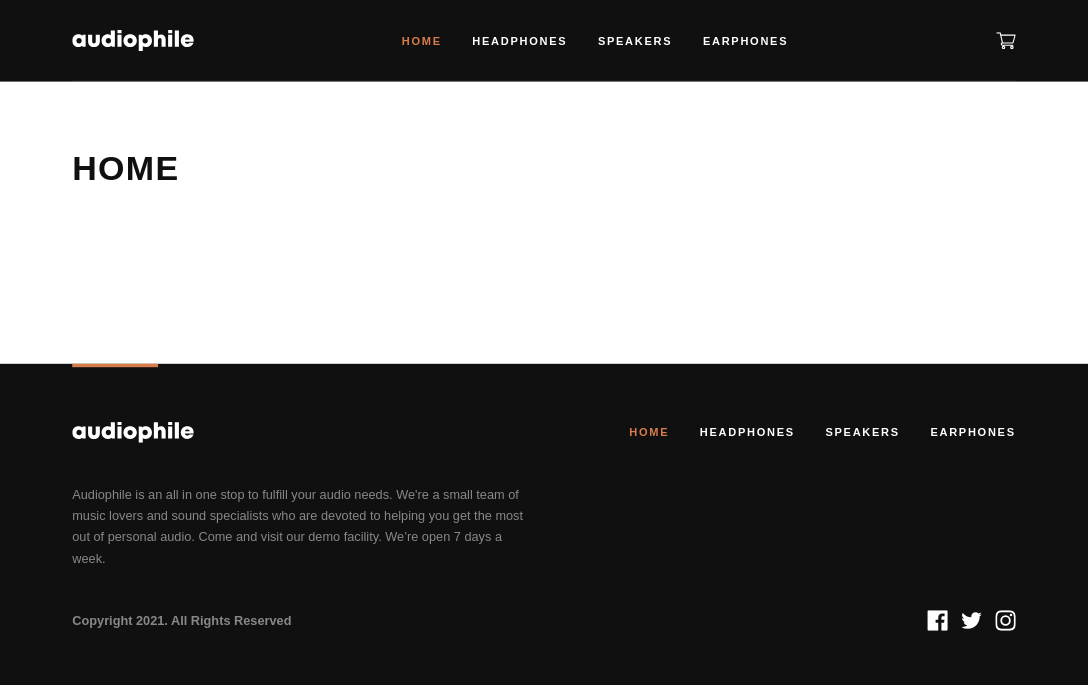
Repository: blordeus/audiophile-ecommerce
Page: /
An editor plug-in stored every save of this project. The page is shown before and after the next save, followed by the edit.
The browser window is 1280 px wide. The pictures show the whole page, at 85% of full size.
The project was rebuilt for these pictures with package versions that can differ from the ones it lists, and the page was loaded fresh each time. Also part of the build but not shown: vite.config.js, src/pages/CategoryPage.jsx, src/pages/ProductPage.jsx, src/pages/CheckoutPage.jsx, src/pages/NotFoundPage.jsx.

Above is the page before, as saved 2026-03-08 16:10:44.

### index.html
<!doctype html>
<html lang="en">
  <head>
    <meta charset="UTF-8" />
    <link rel="icon" type="image/svg+xml" href="/vite.svg" />
    <meta name="viewport" content="width=device-width, initial-scale=1.0" />
    <title>audiophile-ecommerce</title>
  </head>
  <body>
    <div id="root"></div>
    <script type="module" src="/src/main.jsx"></script>
  </body>
</html>

### src/main.jsx
import React from "react";
import ReactDOM from "react-dom/client";
import { BrowserRouter } from "react-router-dom";
import App from "./App";
import "./index.css";
import "./styles/globals.css";
import "./styles/typography.css";

ReactDOM.createRoot(document.getElementById("root")).render(
  <React.StrictMode>
    <BrowserRouter>
      <App />
    </BrowserRouter>
  </React.StrictMode>
);

### src/App.jsx
import AppRouter from "./routes/AppRouter";
import { CartProvider } from "./context/CartContext";

function App() {
  return (
    <CartProvider>
      <AppRouter />
    </CartProvider>
  );
}

export default App;

### src/styles/globals.css
:root {
  --color-primary: #d87d4a;
  --color-primary-light: #fbaf85;
  --color-black: #101010;
  --color-pure-black: #000000;
  --color-gray: #f1f1f1;
  --color-light-gray: #fafafa;
  --color-white: #ffffff;
  --color-error: #cd2c2c;
}

html {
  scroll-behavior: smooth;
}

body {
  min-width: 320px;
  font-family: "Manrope", sans-serif;
  background: var(--color-white);
  color: var(--color-black);
}

img {
  display: block;
  max-width: 100%;
}

button,
input,
textarea,
select {
  font: inherit;
}

### src/styles/typography.css
@layer components {
  .heading-1 {
    font-size: 3.5rem;
    line-height: 3.625rem;
    font-weight: 700;
    letter-spacing: 0.125rem;
    text-transform: uppercase;
  }

  .heading-2 {
    font-size: 2.5rem;
    line-height: 2.75rem;
    font-weight: 700;
    letter-spacing: 0.09375rem;
    text-transform: uppercase;
  }

  .heading-3 {
    font-size: 2rem;
    line-height: 2.25rem;
    font-weight: 700;
    letter-spacing: 0.07125rem;
    text-transform: uppercase;
  }

  .heading-4 {
    font-size: 1.75rem;
    line-height: 2.375rem;
    font-weight: 700;
    letter-spacing: 0.125rem;
    text-transform: uppercase;
  }

  .heading-5 {
    font-size: 1.5rem;
    line-height: 2.0625rem;
    font-weight: 700;
    letter-spacing: 0.10625rem;
    text-transform: uppercase;
  }

  .heading-6 {
    font-size: 1.125rem;
    line-height: 1.5rem;
    font-weight: 700;
    letter-spacing: 0.080625rem;
    text-transform: uppercase;
  }

  .body-text {
    font-size: 0.9375rem;
    line-height: 1.5625rem;
    font-weight: 500;
  }

  .overline {
    font-size: 0.875rem;
    line-height: 1.1875rem;
    font-weight: 400;
    letter-spacing: 0.625rem;
    text-transform: uppercase;
  }

  .subtitle {
    font-size: 0.8125rem;
    line-height: 1.5625rem;
    font-weight: 700;
    letter-spacing: 0.0625rem;
    text-transform: uppercase;
  }
}

### src/routes/AppRouter.jsx
import { Routes, Route } from "react-router-dom";
import HomePage from "../pages/HomePage";
import CategoryPage from "../pages/CategoryPage";
import ProductPage from "../pages/ProductPage";
import CheckoutPage from "../pages/CheckoutPage";
import NotFoundPage from "../pages/NotFoundPage";

function AppRouter() {
  return (
    <Routes>
      <Route path="/" element={<HomePage />} />
      <Route path="/category/:category" element={<CategoryPage />} />
      <Route path="/product/:slug" element={<ProductPage />} />
      <Route path="/checkout" element={<CheckoutPage />} />
      <Route path="*" element={<NotFoundPage />} />
    </Routes>
  );
}

export default AppRouter;

### src/context/CartContext.jsx
import { createContext, useEffect, useMemo, useState } from "react";

export const CartContext = createContext(null);

const CART_STORAGE_KEY = "audiophile-cart";

export function CartProvider({ children }) {
  const [cartItems, setCartItems] = useState(() => {
    const savedCart = localStorage.getItem(CART_STORAGE_KEY);
    return savedCart ? JSON.parse(savedCart) : [];
  });

  useEffect(() => {
    localStorage.setItem(CART_STORAGE_KEY, JSON.stringify(cartItems));
  }, [cartItems]);

  function addToCart(product, quantity) {
    setCartItems((prevItems) => {
      const existingItem = prevItems.find((item) => item.id === product.id);

      if (existingItem) {
        return prevItems.map((item) =>
          item.id === product.id
            ? { ...item, quantity: item.quantity + quantity }
            : item
        );
      }

      return [
        ...prevItems,
        {
          id: product.id,
          name: product.name,
          slug: product.slug,
          price: product.price,
          image: product.image,
          quantity,
        },
      ];
    });
  }

  function updateQuantity(id, quantity) {
    setCartItems((prevItems) =>
      prevItems
        .map((item) => (item.id === id ? { ...item, quantity } : item))
        .filter((item) => item.quantity > 0)
    );
  }

  function removeFromCart(id) {
    setCartItems((prevItems) => prevItems.filter((item) => item.id !== id));
  }

  function clearCart() {
    setCartItems([]);
  }

  const cartCount = useMemo(
    () => cartItems.reduce((total, item) => total + item.quantity, 0),
    [cartItems]
  );

  const productTotal = useMemo(
    () => cartItems.reduce((total, item) => total + item.price * item.quantity, 0),
    [cartItems]
  );

  const shipping = cartItems.length ? 50 : 0;
  const vat = Math.round(productTotal * 0.2);
  const grandTotal = productTotal + shipping;

  const value = {
    cartItems,
    addToCart,
    updateQuantity,
    removeFromCart,
    clearCart,
    cartCount,
    productTotal,
    shipping,
    vat,
    grandTotal,
  };

  return <CartContext.Provider value={value}>{children}</CartContext.Provider>;
}

### src/pages/HomePage.jsx
import SiteLayout from "../components/layout/SiteLayout";
import PageContainer from "../components/layout/PageContainer";

function HomePage() {
  return (
    <SiteLayout>
      <PageContainer className="py-20">
        <h1 className="heading-2">Home</h1>
      </PageContainer>
    </SiteLayout>
  );
}

export default HomePage;

### src/components/layout/SiteLayout.jsx
import Header from "./Header";
import Footer from "./Footer";

function SiteLayout({ children }) {
  return (
    <div className="min-h-screen bg-white text-black">
      <Header />
      <main>{children}</main>
      <Footer />
    </div>
  );
}

export default SiteLayout;

### src/components/layout/PageContainer.jsx
function PageContainer({ children, className = "" }) {
  return (
    <div className={`mx-auto w-full max-w-[1110px] px-6 md:px-10 xl:px-0 ${className}`}>
      {children}
    </div>
  );
}

export default PageContainer;

### src/components/layout/Header.jsx
import { Link, NavLink } from "react-router-dom";
import PageContainer from "./PageContainer";
import { primaryNavLinks } from "../../data/navigation";
import logo from "../../assets/icons/logo.svg";
import iconHamburger from "../../assets/icons/icon-hamburger.svg";
import iconCart from "../../assets/icons/icon-cart.svg";

function Header() {
  return (
    <header className="bg-[#101010] text-white">
      <PageContainer>
        <div className="flex h-24 items-center border-b border-white/10">
          <div className="flex flex-1 items-center lg:flex-none">
            <button
              type="button"
              aria-label="Open menu"
              className="mr-10 flex lg:hidden"
            >
              <img src={iconHamburger} alt="" />
            </button>

            <Link to="/" className="shrink-0">
              <img src={logo} alt="Audiophile" />
            </Link>
          </div>

          <nav
            className="hidden flex-1 justify-center lg:flex"
            aria-label="Primary navigation"
          >
            <ul className="flex items-center gap-9">
              {primaryNavLinks.map((link) => (
                <li key={link.href}>
                  <NavLink
                    to={link.href}
                    className={({ isActive }) =>
                      `text-[13px] font-bold uppercase tracking-[2px] transition-colors ${
                        isActive ? "text-[#D87D4A]" : "text-white hover:text-[#D87D4A]"
                      }`
                    }
                  >
                    {link.label}
                  </NavLink>
                </li>
              ))}
            </ul>
          </nav>

          <div className="flex flex-1 justify-end lg:flex-none">
            <button type="button" aria-label="Open cart" className="shrink-0">
              <img src={iconCart} alt="" />
            </button>
          </div>
        </div>
      </PageContainer>
    </header>
  );
}

export default Header;

### src/components/layout/Footer.jsx
import { Link, NavLink } from "react-router-dom";
import PageContainer from "./PageContainer";
import { primaryNavLinks } from "../../data/navigation";
import logo from "../../assets/icons/logo.svg";
import iconFacebook from "../../assets/icons/icon-facebook.svg";
import iconTwitter from "../../assets/icons/icon-twitter.svg";
import iconInstagram from "../../assets/icons/icon-instagram.svg";

function Footer() {
  return (
    <footer className="mt-24 bg-black text-white md:mt-32">
      <PageContainer>
        <div className="w-[101px] border-t-4 border-[#D87D4A]" />

        <div className="flex flex-col gap-12 py-12 md:py-14 lg:py-16">
          <div className="flex flex-col gap-12 lg:flex-row lg:items-start lg:justify-between">
            <Link to="/" className="shrink-0">
              <img src={logo} alt="Audiophile" />
            </Link>

            <nav aria-label="Footer navigation">
              <ul className="flex flex-col gap-4 md:flex-row md:gap-9">
                {primaryNavLinks.map((link) => (
                  <li key={link.href}>
                    <NavLink
                      to={link.href}
                      className={({ isActive }) =>
                        `text-[13px] font-bold uppercase tracking-[2px] transition-colors ${
                          isActive ? "text-[#D87D4A]" : "text-white hover:text-[#D87D4A]"
                        }`
                      }
                    >
                      {link.label}
                    </NavLink>
                  </li>
                ))}
              </ul>
            </nav>
          </div>

          <div className="grid gap-12 lg:grid-cols-[1fr_auto] lg:items-end">
            <div className="max-w-[540px] space-y-12">
              <p className="body-text text-white/50">
                Audiophile is an all in one stop to fulfill your audio needs.
                We're a small team of music lovers and sound specialists who are
                devoted to helping you get the most out of personal audio. Come
                and visit our demo facility. We’re open 7 days a week.
              </p>

              <p className="body-text font-bold text-white/50">
                Copyright 2021. All Rights Reserved
              </p>
            </div>

            <div className="flex items-center gap-4">
              <a href="#" aria-label="Facebook" className="transition-opacity hover:opacity-70">
                <img src={iconFacebook} alt="" />
              </a>
              <a href="#" aria-label="Twitter" className="transition-opacity hover:opacity-70">
                <img src={iconTwitter} alt="" />
              </a>
              <a href="#" aria-label="Instagram" className="transition-opacity hover:opacity-70">
                <img src={iconInstagram} alt="" />
              </a>
            </div>
          </div>
        </div>
      </PageContainer>
    </footer>
  );
}

export default Footer;

### src/data/navigation.js
export const primaryNavLinks = [
  { label: "Home", href: "/" },
  { label: "Headphones", href: "/category/headphones" },
  { label: "Speakers", href: "/category/speakers" },
  { label: "Earphones", href: "/category/earphones" },
];

### src/components/common/ButtonPrimary.jsx
function ButtonPrimary({
  children,
  type = "button",
  onClick,
  disabled = false,
  className = "",
}) {
  return (
    <button
      type={type}
      onClick={onClick}
      disabled={disabled}
      className={`inline-flex h-12 items-center justify-center bg-[#D87D4A] px-8 text-[13px] font-bold uppercase tracking-[1px] text-white transition-colors hover:bg-[#FBAF85] focus-visible:outline focus-visible:outline-2 focus-visible:outline-offset-2 focus-visible:outline-[#D87D4A] disabled:cursor-not-allowed disabled:opacity-50 ${className}`}
    >
      {children}
    </button>
  );
}

export default ButtonPrimary;

### src/components/common/ButtonSecondary.jsx
function ButtonSecondary({
  children,
  type = "button",
  onClick,
  disabled = false,
  className = "",
}) {
  return (
    <button
      type={type}
      onClick={onClick}
      disabled={disabled}
      className={`inline-flex h-12 items-center justify-center border border-black bg-transparent px-8 text-[13px] font-bold uppercase tracking-[1px] text-black transition-colors hover:bg-black hover:text-white focus-visible:outline focus-visible:outline-2 focus-visible:outline-offset-2 focus-visible:outline-black disabled:cursor-not-allowed disabled:opacity-50 ${className}`}
    >
      {children}
    </button>
  );
}

export default ButtonSecondary;

### src/components/common/ButtonText.jsx
import { Link } from "react-router-dom";

function ButtonText({ to, children = "Shop", className = "" }) {
  return (
    <Link
      to={to}
      className={`inline-flex items-center gap-[13px] text-[13px] font-bold uppercase tracking-[1px] text-black/50 transition-colors hover:text-[#D87D4A] focus-visible:outline focus-visible:outline-2 focus-visible:outline-offset-2 focus-visible:outline-[#D87D4A] ${className}`}
    >
      <span>{children}</span>
      <span aria-hidden="true" className="text-[#D87D4A]">
        &gt;
      </span>
    </Link>
  );
}

export default ButtonText;

### src/components/common/QuantitySelector.jsx
function QuantitySelector({
  quantity,
  onDecrease,
  onIncrease,
  className = "",
}) {
  return (
    <div
      className={`inline-flex h-12 items-center bg-[#F1F1F1] ${className}`}
      aria-label="Quantity selector"
    >
      <button
        type="button"
        onClick={onDecrease}
        className="flex h-full w-10 items-center justify-center text-[13px] font-bold text-black/25 transition-colors hover:text-[#D87D4A] focus-visible:outline focus-visible:outline-2 focus-visible:outline-offset-[-2px] focus-visible:outline-[#D87D4A]"
        aria-label="Decrease quantity"
      >
        -
      </button>

      <span className="flex w-8 items-center justify-center text-[13px] font-bold">
        {quantity}
      </span>

      <button
        type="button"
        onClick={onIncrease}
        className="flex h-full w-10 items-center justify-center text-[13px] font-bold text-black/25 transition-colors hover:text-[#D87D4A] focus-visible:outline focus-visible:outline-2 focus-visible:outline-offset-[-2px] focus-visible:outline-[#D87D4A]"
        aria-label="Increase quantity"
      >
        +
      </button>
    </div>
  );
}

export default QuantitySelector;

### src/components/common/BackLink.jsx
import { useNavigate } from "react-router-dom";

function BackLink({ children = "Go Back", className = "" }) {
  const navigate = useNavigate();

  return (
    <button
      type="button"
      onClick={() => navigate(-1)}
      className={`body-text text-black/50 transition-colors hover:text-[#D87D4A] focus-visible:outline focus-visible:outline-2 focus-visible:outline-offset-2 focus-visible:outline-[#D87D4A] ${className}`}
    >
      {children}
    </button>
  );
}

export default BackLink;

### src/components/common/CategoryCardsSection.jsx
import PageContainer from "../layout/PageContainer";
import CategoryCard from "./CategoryCard";
import { categories } from "../../data/categories";

function CategoryCardsSection({ className = "" }) {
  return (
    <section className={className} aria-label="Product categories">
      <PageContainer>
        <div className="grid gap-16 md:grid-cols-3 md:gap-3 lg:gap-8">
          {categories.map((category) => (
            <CategoryCard
              key={category.slug}
              title={category.title}
              image={category.image}
              to={category.href}
            />
          ))}
        </div>
      </PageContainer>
    </section>
  );
}

export default CategoryCardsSection;

### src/components/common/CategoryCard.jsx
import ButtonText from "./ButtonText";

function CategoryCard({ title, image, to }) {
  return (
    <article className="relative rounded-lg bg-[#F1F1F1] px-6 pb-6 pt-16 text-center">
      <img
        src={image}
        alt=""
        className="absolute left-1/2 top-0 w-[140px] -translate-x-1/2 -translate-y-1/2"
      />

      <h2 className="heading-6">{title}</h2>

      <ButtonText to={to} className="mt-4 justify-center" />
    </article>
  );
}

export default CategoryCard;

### src/data/categories.js
import headphonesImage from "../assets/images/shared/desktop/image-category-thumbnail-headphones.png";
import speakersImage from "../assets/images/shared/desktop/image-category-thumbnail-speakers.png";
import earphonesImage from "../assets/images/shared/desktop/image-category-thumbnail-earphones.png";

export const categories = [
  {
    title: "Headphones",
    slug: "headphones",
    image: headphonesImage,
    href: "/category/headphones",
  },
  {
    title: "Speakers",
    slug: "speakers",
    image: speakersImage,
    href: "/category/speakers",
  },
  {
    title: "Earphones",
    slug: "earphones",
    image: earphonesImage,
    href: "/category/earphones",
  },
];

Loaded but not shown: src/index.css (common file)

After the next save:
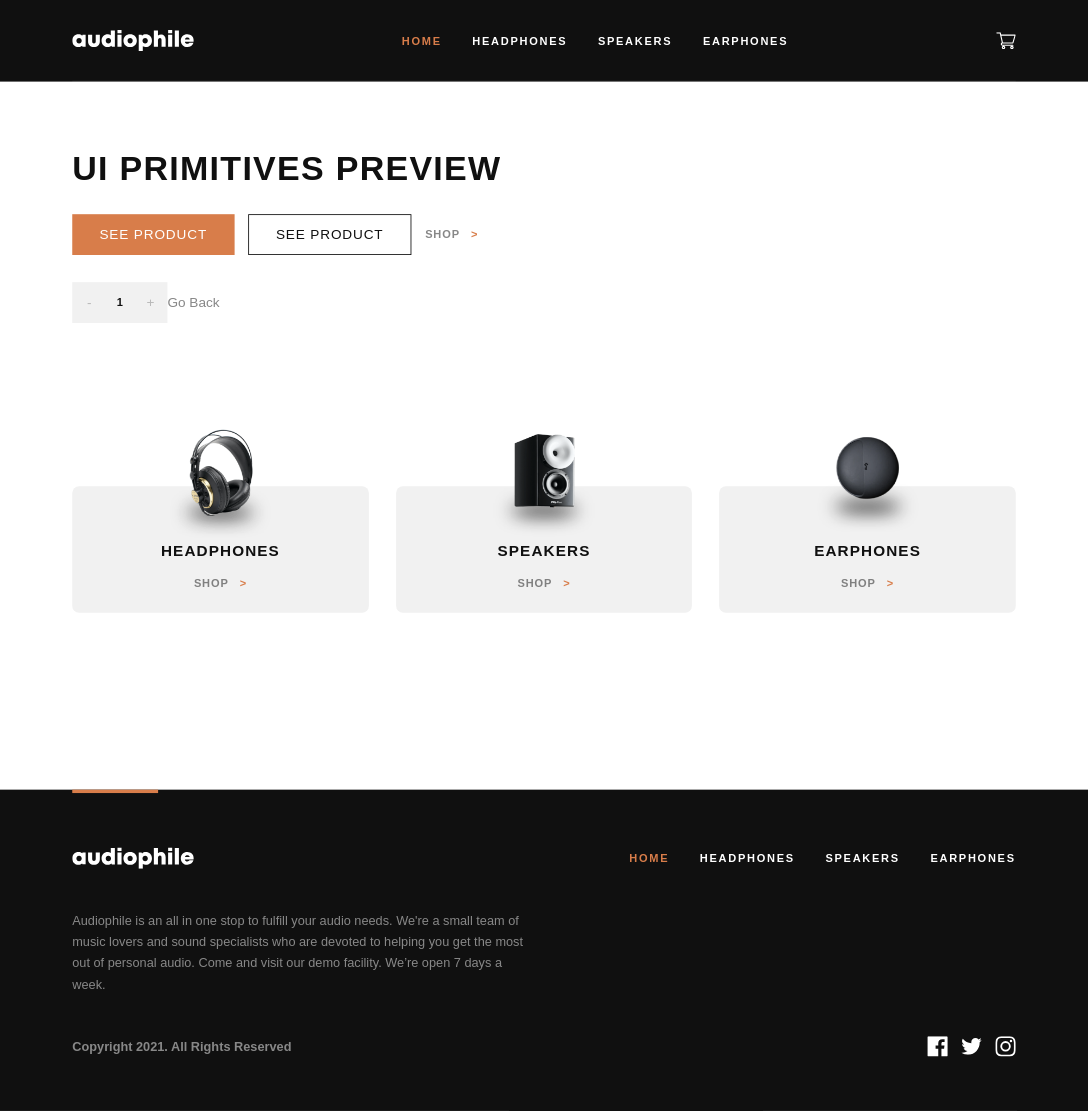
Saved 42 s later.
--- a/src/pages/HomePage.jsx
+++ b/src/pages/HomePage.jsx
@@ -1,12 +1,39 @@
+import { useState } from "react";
 import SiteLayout from "../components/layout/SiteLayout";
 import PageContainer from "../components/layout/PageContainer";
+import ButtonPrimary from "../components/common/ButtonPrimary";
+import ButtonSecondary from "../components/common/ButtonSecondary";
+import ButtonText from "../components/common/ButtonText";
+import QuantitySelector from "../components/common/QuantitySelector";
+import BackLink from "../components/common/BackLink";
+import CategoryCardsSection from "../components/common/CategoryCardsSection";
 
 function HomePage() {
+  const [quantity, setQuantity] = useState(1);
+
   return (
     <SiteLayout>
       <PageContainer className="py-20">
-        <h1 className="heading-2">Home</h1>
+        <div className="space-y-8">
+          <h1 className="heading-2">UI Primitives Preview</h1>
+
+          <div className="flex flex-wrap items-center gap-4">
+            <ButtonPrimary>See Product</ButtonPrimary>
+            <ButtonSecondary>See Product</ButtonSecondary>
+            <ButtonText to="/">Shop</ButtonText>
+          </div>
+
+          <QuantitySelector
+            quantity={quantity}
+            onDecrease={() => setQuantity((prev) => Math.max(1, prev - 1))}
+            onIncrease={() => setQuantity((prev) => prev + 1)}
+          />
+
+          <BackLink />
+        </div>
       </PageContainer>
+
+      <CategoryCardsSection className="py-20" />
     </SiteLayout>
   );
 }
